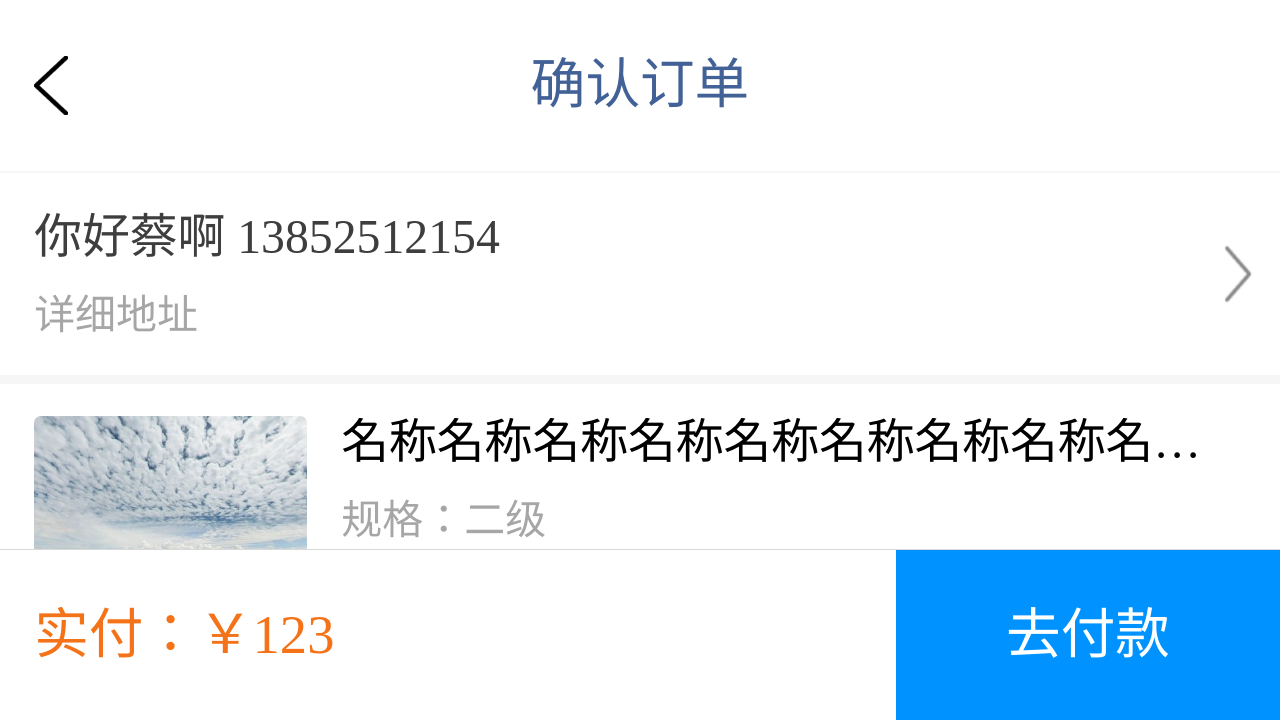
Repository: 421538074/sell
Page: consumer/confirm-order.html
The author's editor kept a copy of each file at every save. The page is drawn from the files as they stood at one save, then again after the next save.
The browser window is 1280 px wide. The pictures show the whole page.
An inner scrolling area shows only its first screen.

Above is the page before, as saved 2019-06-03 17:48:41.

### consumer/confirm-order.html
<!DOCTYPE html>
<html lang="en">

<head>
    <meta charset="UTF-8">
    <meta name="viewport" content="width=device-width, initial-scale=1.0">
    <meta http-equiv="X-UA-Compatible" content="ie=edge">
    <title>确认订单</title>
    <link rel="stylesheet" href="../css/base.css">
    <link rel="stylesheet" href="css/common.css">
    <link rel="stylesheet" href="css/confirm-order.css">
</head>

<body>
    <div id="app" class="content">
        <nav class="nav-bar-wrapper">
            <img @click="back" src="../img/back.png" class="back-icon">
            <p class="nav-bar-title">确认订单</p>
        </nav>
        <div @click="linkTo('address-list.html')" v-if="!noAddress" class="order-user-info">
            <p class="user-contact">
                你好蔡啊 13852512154
            </p>
            <p class="address-detail">
                详细地址
            </p>
        </div>
        <div @click="linkTo('add-address.html?type=add')" v-else class="no-address-wrapper">
            <img src="../img/address.png" class="address-icon">
            <p class="add-address-title">添加您的收货地址</p>
        </div>
        <ul class="order-goods-list-wrapper">
            <li v-for="n in 13" class="order-item">
                <img src="../img/1.jpg" class="goods-icon">
                <div class="goods-detail">
                    <p class="goods-title ellipsis">名称名称名称名称名称名称名称名称名称名称名称名称名称名称名称名称</p>
                    <p class="goods-category">规格：二级</p>
                    <p class="goods-price-num">
                        <span class="price">￥123</span>
                        <span class="post">包邮</span>
                        <span class="num">× 1</span>
                    </p>
                </div>
            </li>
        </ul>
        <div class="post-comments-refund">
            <p class="post">快递：免邮</p>
            <textarea class="comments" placeholder="留言（选填）："></textarea>
            <p class="refund">
                退款方式：微信退款（15天内可退货退款）
            </p>
        </div>
        <div class="go-pay-operation">
                <p class="show-pay-money">
                    实付：￥123
                </p>
                <a href="javascript:;" class="go-pay-btn">去付款</a>
            </div>
    </div>
    <script src="../js/api.js"></script>
    <script src="../js/jquery.min.js"></script>
    <script src="../js/vue.js"></script>
    <script src="js/vue-mixin.js"></script>
    <script src="js/confirm-order.js"></script>
</body>

</html>

### css/base.css
/* http://meyerweb.com/eric/tools/css/reset/
   v2.0 | 20110126
   License: none (public domain)
*/

html,
body,
div,
span,
applet,
object,
iframe,
h1,
h2,
h3,
h4,
h5,
h6,
p,
blockquote,
pre,
a,
abbr,
acronym,
address,
big,
cite,
code,
del,
dfn,
em,
img,
ins,
kbd,
q,
s,
samp,
small,
strike,
strong,
sub,
sup,
tt,
var,
b,
u,
i,
center,
dl,
dt,
dd,
ol,
ul,
li,
fieldset,
form,
label,
legend,
table,
caption,
tbody,
tfoot,
thead,
tr,
th,
td,
article,
aside,
canvas,
details,
embed,
figure,
figcaption,
footer,
header,
hgroup,
menu,
nav,
output,
ruby,
section,
summary,
time,
mark,
audio,
video {
    margin: 0;
    padding: 0;
    border: 0;
    font-size: 100%;
    font: inherit;
    vertical-align: baseline;
}

/* HTML5 display-role reset for older browsers */
article,
aside,
details,
figcaption,
figure,
footer,
header,
hgroup,
menu,
nav,
section {
    display: block;
}

body {
    line-height: 1;
}

ol,
ul {
    list-style: none;
}

blockquote,
q {
    quotes: none;
}

blockquote:before,
blockquote:after,
q:before,
q:after {
    content: '';
    content: none;
}

table {
    border-collapse: collapse;
    border-spacing: 0;
}


body,
html {
    font-size: calc(100vw / 37.5) !important;
    font-family: PingFangSC-Medium;
    background: #F2F2F2;
}


[v-cloak] {
    display: none;
}


hr {
    margin: 0;
    padding: 0;
}

.clearfix {
    zoom: 1;
}

.clearfix:after {
    content: ".";
    display: block;
    visibility: hidden;
    height: 0;
    clear: both;
}

[v-cloak] {
    display: none;
}

### consumer/css/common.css
*{
    box-sizing: border-box;
}
html,body{
    background: #f6f6f6;
}
html,body,div.content{
    height: 100%;
}
/*底部菜单栏*/
nav.tool-bar-wrapper {
    height: 5rem;
    background: #ffffff;
    display: flex;
    align-items: center;
    justify-content: space-around;
}
a.nav-item {
    color: #888888;
    text-decoration: none;
    font-size: 1.5rem;
    display: flex;
    flex-direction: column;
    align-items: center;
    justify-content: space-around;
    height: 90%;
}
a.nav-item.active{
    color: #0093FF;
}
img.nav-item-icon{
    width: 1.5rem;
    height: 1.5rem;
}
.ellipsis{
    overflow: hidden;
    white-space: nowrap;
    text-overflow: ellipsis;
}
/*顶部返回栏 */
nav.nav-bar-wrapper {
    background: #FFFFFF;
    height: 5rem;
    display: flex;
    align-items: center;
    justify-content: space-around;
    position: fixed;
    width: 100%;
    top: 0;
    z-index: 2;
    font-size: 1.6rem;
    color: #426196;
}
img.back-icon {
    position: absolute;
    width: 1rem;
    left: 1rem;
}

### consumer/css/confirm-order.css
div.content{
    padding:5rem 0;
    overflow: scroll;
}
.order-user-info {
    height: 6rem;
    background: #FFFFFF;
    border-top: 2px solid #f6f6f6;
    padding: 1rem;
    display: flex;
    justify-content: center;
    flex-direction: column;
    background-image: url(../../img/arrow-right.png);
    background-repeat: no-repeat;
    background-position: 98% center;
    background-size: 1rem;
}
p.user-contact {
    color: #3E3E3E;
    font-size: 1.4rem;
}
p.user-contact,p.address-detail {
    margin: 0.5rem 0;
}
p.address-detail {
    color: #A6A6A6;
    font-size: 1.2rem;
}
ul.order-goods-list-wrapper {
    margin-top: 0.1rem;
    background: #FFFFFF;
    border-top: 5px solid #f6f6f6;
}
img.goods-icon {
    width: 8rem;
    height: 8rem;
    border-radius: 0.2rem;
}
li.order-item {
    height: 10rem;
    display: flex;
    align-items: center;
    padding: 1rem;
    border-bottom: 5px solid #f6f6f6;
}
.goods-detail {
    height: 100%;
    flex: 1;
    width: calc(100% - 8rem);
    padding-left: 1rem;
    position: relative;
}
p.goods-title {
    color: #000000;
    font-size: 1.4rem;
    margin-bottom: 1rem;
}
p.goods-category {
    color: #A6A6A6;
    font-size: 1.2rem;
    margin-bottom: 1rem;
}
p.goods-price-num {
    position: absolute;
    bottom: 0;
    left: 1rem;
    width: calc(100% - 1rem);
}
span.price {
    color: #5A6F93;
    font-size: 1.6rem;
}
span.post {
    color: #A6A6A6;
    font-size: 1.2rem;
    margin-left: 1rem;
}
span.num {
    position: absolute;
    color: #A6A6A6;
    font-size: 1.2rem;
    bottom: 0;
    right: 0;
}
.go-pay-operation {
    border-top: 1px solid #D8D8D8;
    position: fixed;
    bottom: 0;
    width: 100%;
    height: 5rem;
    display: flex;
    align-items: center;
    justify-content: space-between;
    background: #ffffff;
    font-size: 1.6rem;
}
p.show-pay-money {
    color: #F47319;
}
p.show-pay-money {
    color: #F47319;
    padding-left: 1rem;
    flex: 1;
    height: 100%;
    line-height: 5rem;
}
a.go-pay-btn {
    text-decoration: none;
    height: 100%;
    line-height: 5rem;
    width: 30%;
    text-align: center;
    background: #0093FF;
    color: #FFFFFF;
}
.post-comments-refund {
    background: #FFFFFF;
}
p.post {
    color: #3E3E3E;
    font-size: 1.4rem;
    padding: 1rem;
    border-bottom: 1px solid #f6f6f6;
}
textarea.comments {
    width: 100%;
    height: 8rem;
    border: none;
    resize: none;
    padding: 1rem;
    font-size: 1.4rem;
    color: #3E3E3E;
}
textarea.comments::-webkit-input-placeholder {
    color: #A6A6A6;
}
p.refund {
    color: #3E3E3E;
    padding: 1rem;
    font-size: 1.4rem;
    border-top: 1px solid #f6f6f6;
}
.no-address-wrapper {
    background: #FFFFFF;
    border-top: 2px solid #f6f6f6;
    display: flex;
    align-items: center;
    justify-content: center;
    flex-direction: column;
}
img.address-icon {
    width: 3rem;
    height: auto;
    margin-top: 1rem;
}
p.add-address-title {
    color: #0093FF;
    font-size: 1.4rem;
    margin: 1rem;
}

### js/api.js
function getUrlKey(name) {
    return decodeURIComponent((new RegExp('[?|&]' + name + '=' + '([^&;]+?)(&|#|;|$)').exec(location.href) || [, ""])[1].replace(/\+/g, '%20')) || null;
}


// window.warn = {
//     alert: function alert(msg) {
//         var template = `
// `
//         $('body').append(template);
//         $('.alert-body').animate({
//             top: "40px"
//         }, 200);
//         // setTimeout(function () {
//         //     warn.close();
//         // }, 1500);
//     },
//     close: function close() {
//         $('.alert-body').animate({
//             top: "-280px"
//         }, 200);
//         setTimeout(function () {
//             $('#alert-msg').remove();
//         }, 200);
//     }
// };

### consumer/js/vue-mixin.js
Vue.mixin({
    methods: {
        /**
         * 返回
         */
        back() {
            history.go(-1);
        },
        /**
         * 限制长度
         * @param {String} 要限制长度的字段
         * @param {Number} 长度
         */
        limitLength(key, length) {
            this[key] = this[key].substring(0, length);
        },
        /**
         * 验证11位手机号
         * @param {Number} phone
         */
        validatePhone(phone) {
            const phoneReg = /^[1-9][0-9]{9}[0-9]$/;
            return phoneReg.test(phone);
        },
        /**
         * 发送手机验证码
         * @param {Number} waitTimeKey 等待时间键名
         * @param {String} tipsKey 发送验证码显示的信息的键名
         * @param {String} phoneKey 手机号键名
         * @param {String} reSendMsg  按钮默认显示的文字
         */
        sendCode(waitTimeKey, tipsKey, phoneKey, defaultMsg) {
            if (!this.validatePhone(this[phoneKey])) {
                alert('无效手机号!');
                return;
            }
            if (this[waitTimeKey] == 60) {
                $.post('', {
                        phone: this[phoneKey]
                    }, (res) => {
                        if (res.status == 1) {
                            const interval = setInterval(() => {
                                if (this[waitTimeKey] == 1) {
                                    this[waitTimeKey] = 60;
                                    this[tipsKey] = defaultMsg;
                                    clearInterval(interval);
                                    return;
                                }
                                this[waitTimeKey] -= 1;
                                this[tipsKey] = `${this[waitTimeKey]}s`;
                            }, 1000);
                        } else {
                            alert('发送失败!');
                        }
                    }, 'json')
                    .fail(err => {
                        alert('服务器异常!');
                    });
            }
        },
        /**
         * 链接跳转
         * @param {String} url
         */
        linkTo(url) {
            window.location.href = url;
        },
        /**
         * 获得URL参数
         */
        getParams() {
            var list = location.search.substring(1).split('&');
            var param = {};
            list.forEach(function (value) {
                var temp = value.split('=');
                param[temp[0]] = temp[1];
            });
            return param;
        }
    },
    filters: {

    }
})

### consumer/js/confirm-order.js
new Vue({
    el:'#app',
    data() {
        return {
            noAddress:false
        }
    },
});

Loaded but not shown: js/jquery.min.js (library); js/vue.js (library)

After the next save:
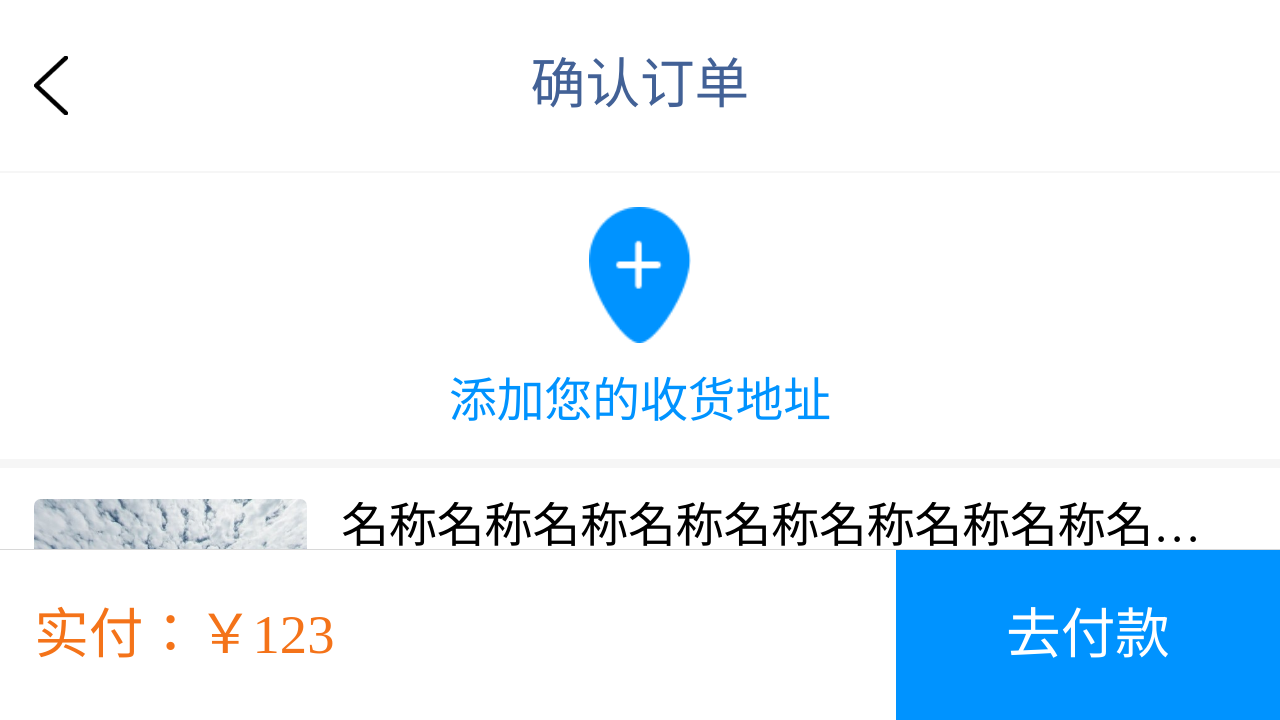
Saved 10 s later.
--- a/consumer/js/confirm-order.js
+++ b/consumer/js/confirm-order.js
@@ -2,7 +2,7 @@ new Vue({
     el:'#app',
     data() {
         return {
-            noAddress:false
+            noAddress:true
         }
     },
 });
